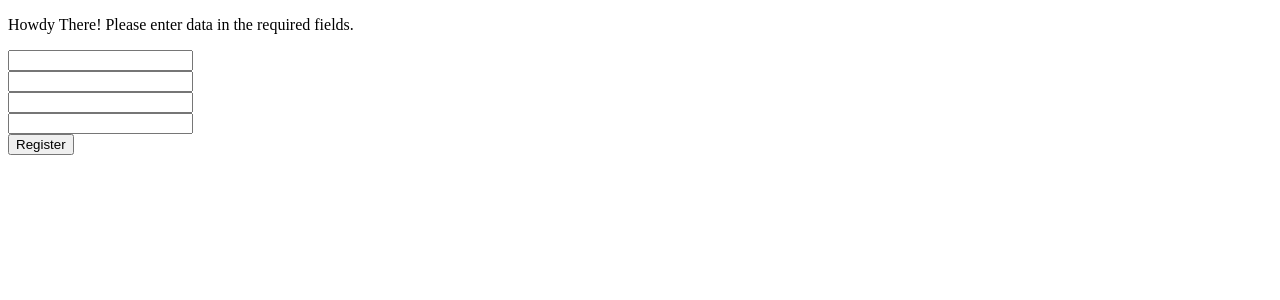
Repository: Rudii/project4
Page: http://localhost/admin_login.php
The author's editor kept a record of every edit. The page is drawn from the files as they stood at one moment, then again after the next edit.
The browser window is 1280 px wide. The pictures show the whole page.
The page is run by PHP 8.4 with error messages shown; the project is at /var/www/html/.

Above is the page before.

### admin_login.php
<!DOCTYPE html>
<html>
<head>
    <title>
        Administration Login
        </title>

</head>
<body>
    <p>Howdy There! Please enter data in the required fields.</p>

     <form>
         <input type="text" name="Firstname"/> <br />
         <input type="text" name="Last" /> <br />
         <input type="password" name="Password" /> <br />
         <input type="text" name="Username" /> <br />

         <input type="submit" value="Register"/>
     </form>

</body>
</html>

After the next edit:
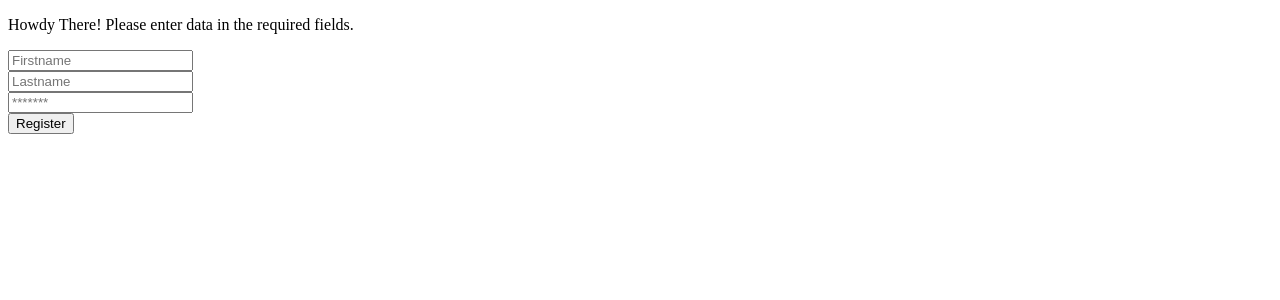
The edit:
--- a/admin_login.php
+++ b/admin_login.php
@@ -10,10 +10,11 @@
     <p>Howdy There! Please enter data in the required fields.</p>
 
      <form>
-         <input type="text" name="Firstname"/> <br />
-         <input type="text" name="Last" /> <br />
-         <input type="password" name="Password" /> <br />
-         <input type="text" name="Username" /> <br />
+         <input type="text" name="Firstname" placeholder="Firstname"/> <br />
+         <input type="text" name="Last" placeholder="Lastname"/> <br />
+
+         <input type="password" name="Password" placeholder="*******" /> <br />
+
 
          <input type="submit" value="Register"/>
      </form>
